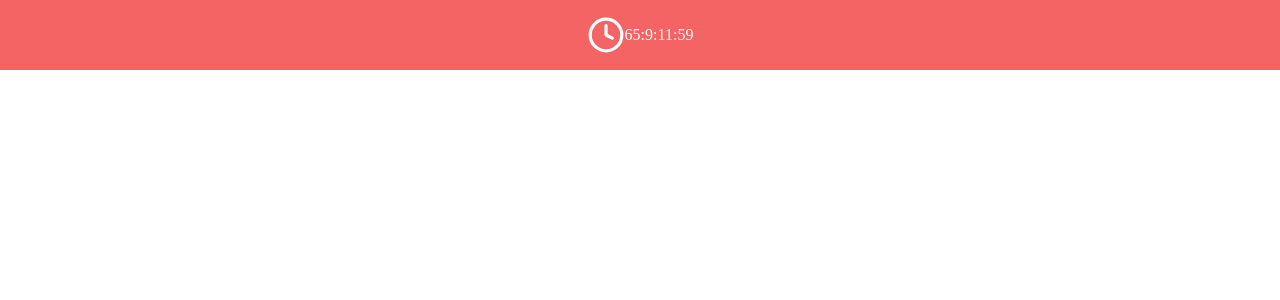
Repository: mateus-henrique-silva/landing_drop
Page: index.html
The author's editor kept a copy of each file at every save. The page is drawn from the files as they stood at one save, then again after a run of saves.
The browser window is 1280 px wide. The pictures show the whole page.

Above is the page before, as saved 2022-08-26 09:08:41.

### index.html
<!DOCTYPE html>
<html lang="en">
  <head>
    <meta charset="UTF-8" />
    <meta http-equiv="X-UA-Compatible" content="IE=edge" />
    <meta name="viewport" content="width=device-width, initial-scale=1.0" />
    <link rel="stylesheet" href="./src/CSS/Footer/Styles.css" />
    <link rel="stylesheet" href="./src/CSS/Header/styles.css" />
    <link rel="stylesheet" href="./src/CSS/Main/styles.css" />
    <link rel="stylesheet" href="./src/CSS/Global.css" />
    <link rel="stylesheet" href="./src/CSS/Header/Clock/styles.css">
    <title>Drop Líder Brasil</title>
  </head>
  <body>
    <header>
      <img src="./src/Assets/clock.svg" alt="imagem icon" srcset="" />

      <div class="regressive-count">
        <div id="day">00</div>
        <span>:</span>
        <div id="hour">00</div>
        <span>:</span>
        <div id="minute">00</div>
        <span>:</span>
        <div id="sec">00</div>
      </div>
    </header>
    <main></main>
    <footer></footer>
    <script src="./src/Script/clock/script.js"></script>
  </body>
</html>

### src/CSS/Header/styles.css
header{
    width:100%;
    position: fixed;
    background-color: #f46464;
    height:70px;
    display:flex;
    align-items:center;
    justify-content:center;
}


header img{
    width:38px;
    height:38x;
}

### src/CSS/Header/Clock/styles.css
header .regressive-count{
    display: flex;
    color: white;


}

### src/Assets/clock.svg
<svg xmlns="http://www.w3.org/2000/svg" width="24" height="24" viewBox="0 0 24 24" fill="none" color="white" stroke="currentColor" stroke-width="2" stroke-linecap="round" stroke-linejoin="round" class="feather feather-clock"><circle cx="12" cy="12" r="10"></circle><polyline points="12 6 12 12 16 14"></polyline></svg>

### src/Script/clock/script.js
let to = new Date("oct 30 2022 18:00:0");
function uptade() {
  let from = new Date();
  diff = to - from;

  (day = setTwoDigit(Math.floor(diff / 1000 / 60 / 60 / 24))),
    (hour = setTwoDigit(Math.floor(diff / 1000 / 60 / 60) % 24)),
    (minute = setTwoDigit(Math.floor(diff / 1000 / 60) % 60)),
    (sec = setTwoDigit(Math.floor(diff / 1000) % 60)),
    (document.querySelector("#day").innerText = day);
  document.querySelector("#hour").innerText = hour;
  document.querySelector("#minute").innerText = minute;
  document.querySelector("#sec").innerText = sec;
}

let interval = setInterval(uptade, 1000);
function setTwoDigit(argument){
    return argument
}

Loaded but not shown: src/CSS/Global.css (common file); src/CSS/Footer/Styles.css (no copy from this time; the picture is the same without it); src/CSS/Main/styles.css (no copy from this time; the picture is the same without it)

After the next 2 saves:
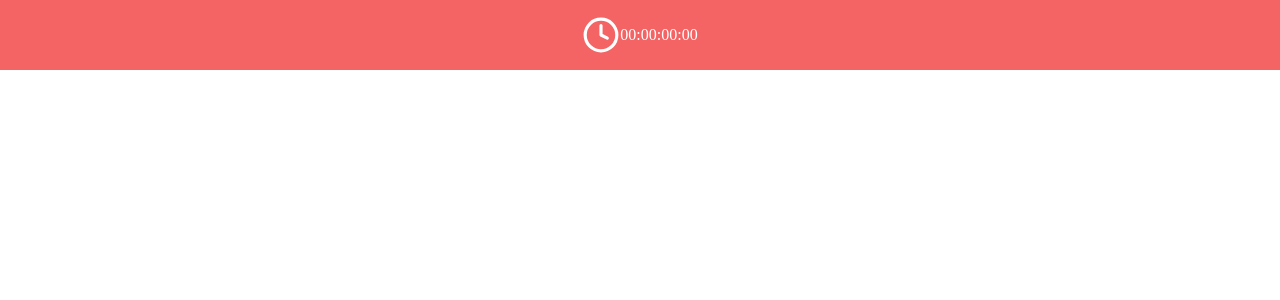
Console error: SyntaxError: Unexpected token '}'
The 2 saves are shown as one change because they came seconds apart.
The last was saved 8 s later.
--- a/src/Script/clock/script.js
+++ b/src/Script/clock/script.js
@@ -15,5 +15,5 @@
 
 let interval = setInterval(uptade, 1000);
 function setTwoDigit(argument){
-    return argument
+    return argument>9?
 }

After the 2 saves that followed:
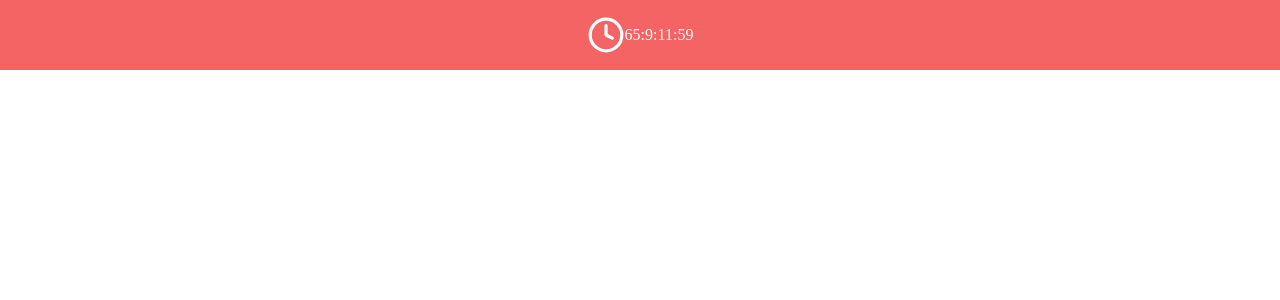
The error is gone.
The 2 saves are shown as one change because they came seconds apart.
The last was saved 10 s later.
--- a/src/Script/clock/script.js
+++ b/src/Script/clock/script.js
@@ -15,5 +15,5 @@
 
 let interval = setInterval(uptade, 1000);
 function setTwoDigit(argument){
-    return argument>9?
+    return argument>9?argument:argument
 }
